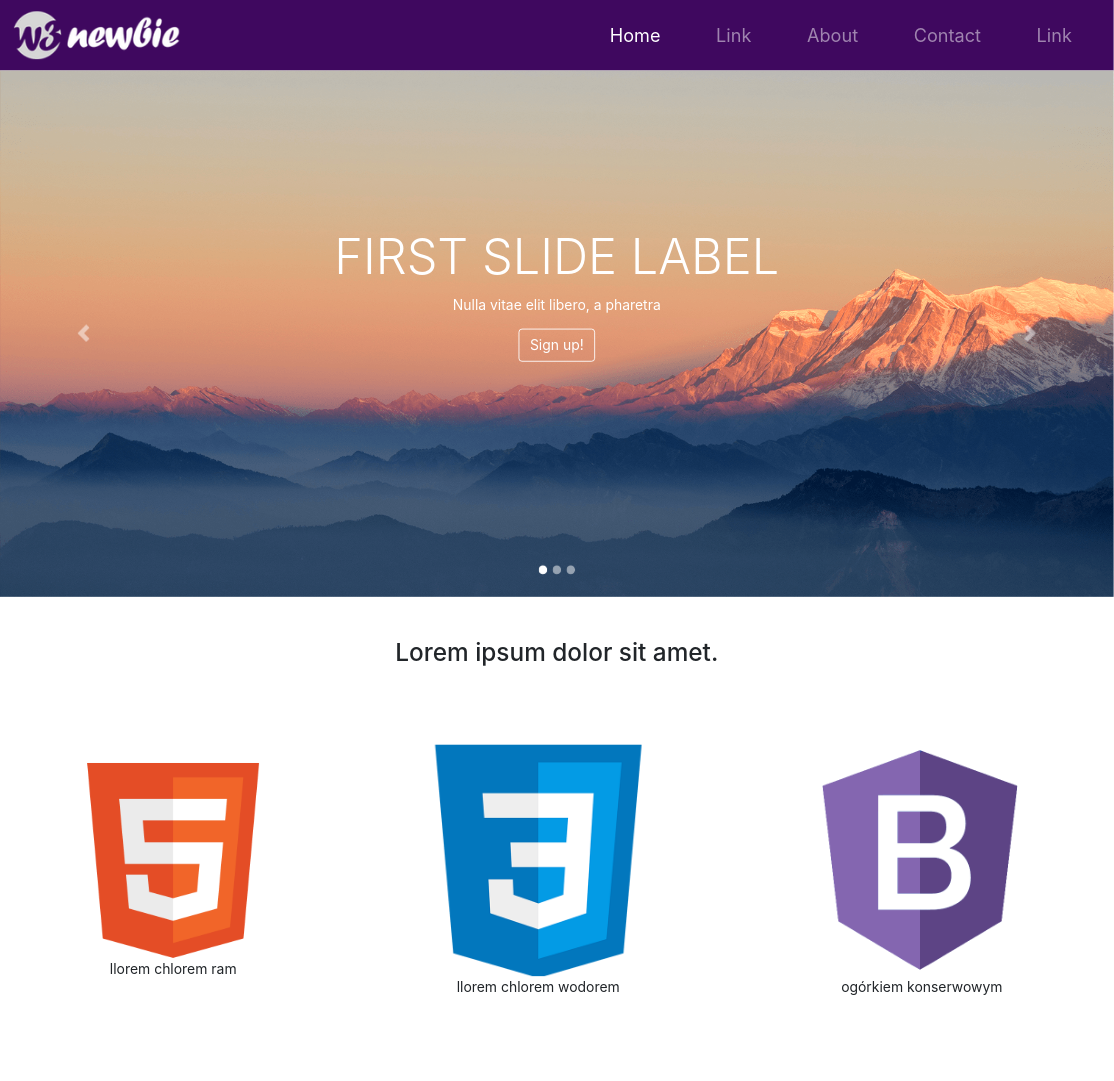
Repository: Mietlicha/bootstrap-project
Page: Bootstrap Website Files/index.html
An editor plug-in stored every save of this project. The page is shown before and after the next save, followed by the edit.
The browser window is 1280 px wide. The pictures show the whole page, at 87% of full size.

Above is the page before, as saved 2019-10-28 23:19:57.

After the next save:
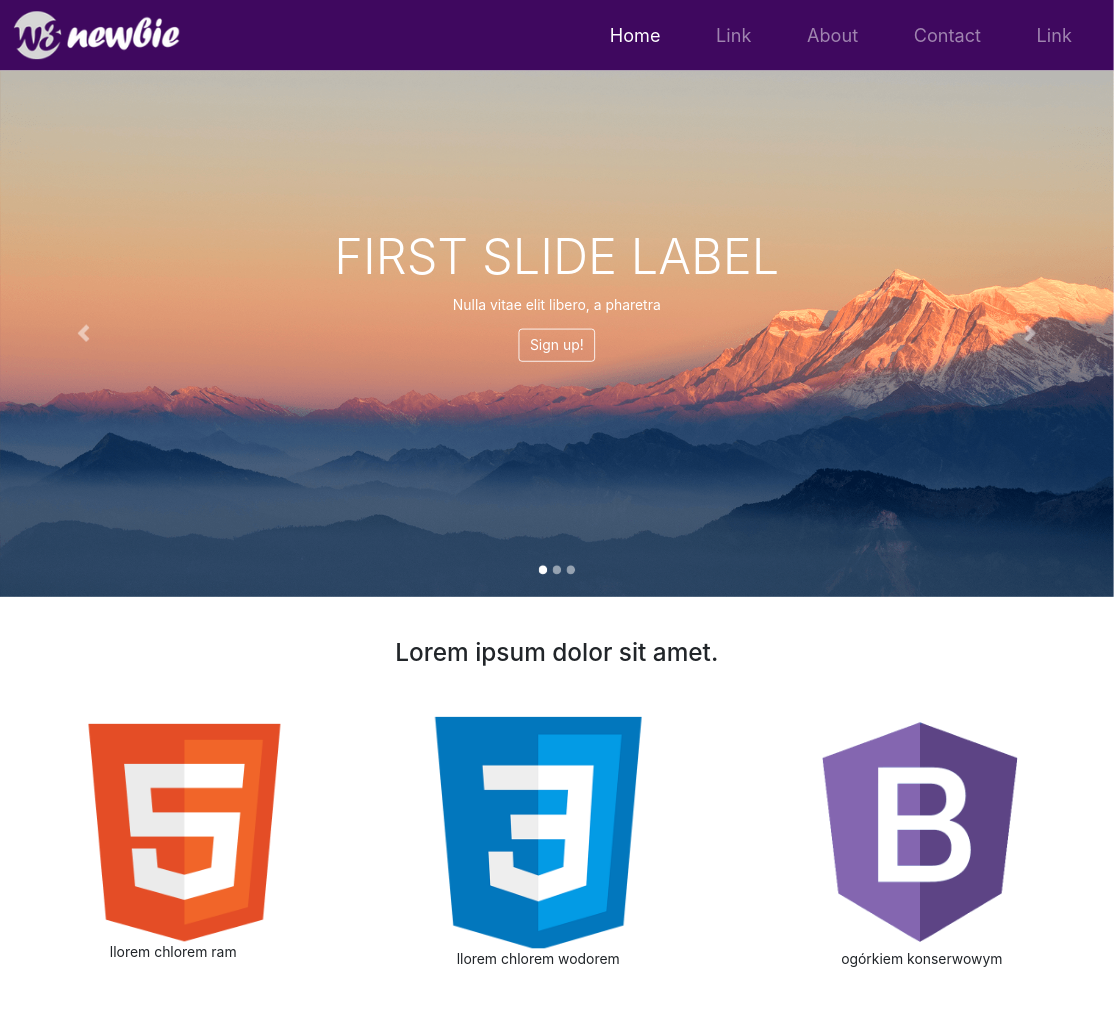
Saved 43 s later.
--- a/style.css
+++ b/style.css
@@ -60,11 +60,12 @@
 .main-container figure{
 /* background-color: rgb(185, 24, 24); */
 width: 30%;
-padding: 5rem;
+padding: 3rem 5rem;
 }
 
 .main-container figure img{
 max-width: 100%;
+min-width: 250px;
 height: auto;
 }
 
